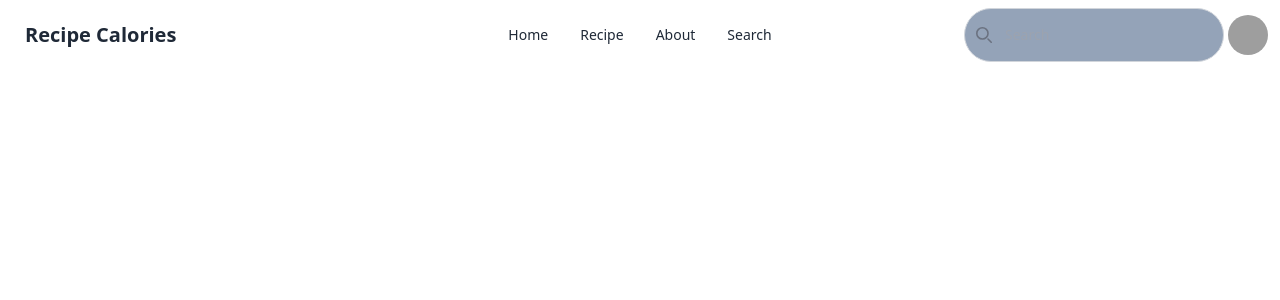
Repository: RudrasahaDibos/Chefs-table
Page: /
These files come from the project's save history. The page is drawn as it stood at one moment and after the next save; the edit follows.
The browser window is 1280 px wide. The pictures show the whole page.
Pictures or frames that could not be fetched are drawn as grey boxes. The project was rebuilt for these pictures with package versions that can differ from the ones it lists, and the page was loaded fresh each time. Also part of the build but not shown: vite.config.js, src/App.css.

Above is the page before, as saved 2024-12-18 21:24:52.

### src/App.jsx

import './App.css'
import Header from './Component/Header/Header'
import Recipes from './Component/Recipes/Recipes'

function App() {


  return (
    <div className='container mx-auto'>
        <Header></Header>
        <Recipes></Recipes>

    </div>
  )
}

export default App

### src/Component/Header/Header.jsx
import { FaBeer } from "react-icons/fa";
const Header = () => {
    return (
        <div className="max-w-7xl mx-auto">
              <div className="navbar bg-base-100">
  <div className="navbar-start">
    <div className="dropdown">
      <div tabIndex="0" role="button" className="btn btn-ghost lg:hidden">
        <svg
          xmlns="http://www.w3.org/2000/svg"
          className="h-5 w-5"
          fill="none"
          viewBox="0 0 24 24"
          stroke="currentColor">
          <path
            strokeLinecap="round"
            strokeLinejoin="round"
            strokeWidth="2"
            d="M4 6h16M4 12h8m-8 6h16" />
        </svg>
      </div>
      <ul
        tabIndex="0"
        className="menu menu-sm dropdown-content bg-base-100 rounded-box z-[1] mt-3 w-52 p-2 shadow">
        <li><a>Home</a></li>
      <li><a>Recipe</a></li>
      <li><a>About</a></li>
      <li><a>Search</a></li>
      </ul>
    </div>
    <a className="btn btn-ghost text-xl font-bold">Recipe Calories</a>
  </div>
  <div className="navbar-center hidden lg:flex">
    <ul className="menu menu-horizontal px-1">
      <li><a>Home</a></li>
      <li><a>Recipe</a></li>
      <li><a>About</a></li>
      <li><a>Search</a></li>
    </ul>
  </div>
  <div className="navbar-end ">
  <div className="form-control ">


<form className="max-w-md mx-auto">
    <div className="relative">
        <div className="absolute inset-y-0 start-0 flex items-center ps-3 pointer-events-none">
            <svg className="w-4 h-4 text-gray-500 dark:text-gray-400" aria-hidden="true" xmlns="http://www.w3.org/2000/svg" fill="none" viewBox="0 0 20 20">
                <path stroke="currentColor" strokeLinecap="round" strokeLinejoin="round" strokeWidth="2" d="m19 19-4-4m0-7A7 7 0 1 1 1 8a7 7 0 0 1 14 0Z"/>
            </svg>
        </div>
        <input type="search" id="default-search" className="block w-full p-4 ps-10 text-sm text-black border border-gray-300  bg-slate-400 focus:ring-blue-500 rounded-full focus:border-blue-500 dark:bg-gray-700 dark:border-gray-600 dark:placeholder-red-700 dark:text-white dark:focus:ring-blue-500 dark:focus:border-blue-500" placeholder="Search " required />

    </div>
</form>


    </div>
    <div tabIndex="0" role="button" className="btn btn-ghost btn-circle avatar">
        <div className="w-10 rounded-full">
          <img
            alt="Tailwind CSS Navbar component"
            src="https://img.daisyui.com/images/stock/photo-1534528741775-53994a69daeb.webp" />
        </div>
      </div>
  </div>
</div>
        </div>
    );
};

export default Header;

### src/Component/Recipes/Recipes.jsx
import React from 'react';

const Recipes = () => {
    return (
        <div>

        </div>
    );
};

export default Recipes;

Loaded but not shown: index.html (common file); src/main.jsx (common file); src/index.css (common file); tailwind.config.js (common file)

After the next save:
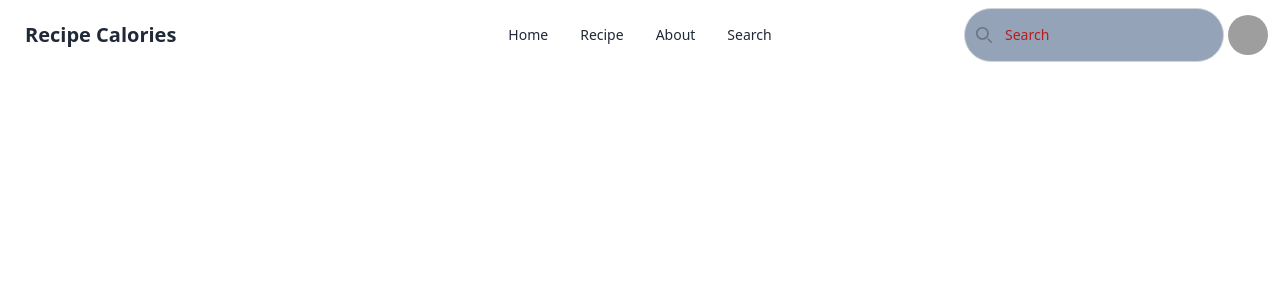
Saved 21 s later.
--- a/src/Component/Header/Header.jsx
+++ b/src/Component/Header/Header.jsx
@@ -49,7 +49,7 @@
                 <path stroke="currentColor" strokeLinecap="round" strokeLinejoin="round" strokeWidth="2" d="m19 19-4-4m0-7A7 7 0 1 1 1 8a7 7 0 0 1 14 0Z"/>
             </svg>
         </div>
-        <input type="search" id="default-search" className="block w-full p-4 ps-10 text-sm text-black border border-gray-300  bg-slate-400 focus:ring-blue-500 rounded-full focus:border-blue-500 dark:bg-gray-700 dark:border-gray-600 dark:placeholder-red-700 dark:text-white dark:focus:ring-blue-500 dark:focus:border-blue-500" placeholder="Search " required />
+        <input type="search" id="default-search" className="block w-full p-4 ps-10 text-sm text-black border border-gray-300  bg-slate-400 focus:ring-blue-500 rounded-full focus:border-blue-500 dark:bg-gray-700 dark:border-gray-600 placeholder-red-700 dark:text-white dark:focus:ring-blue-500 dark:focus:border-blue-500" placeholder="Search " required />
 
     </div>
 </form>

After the save that followed:
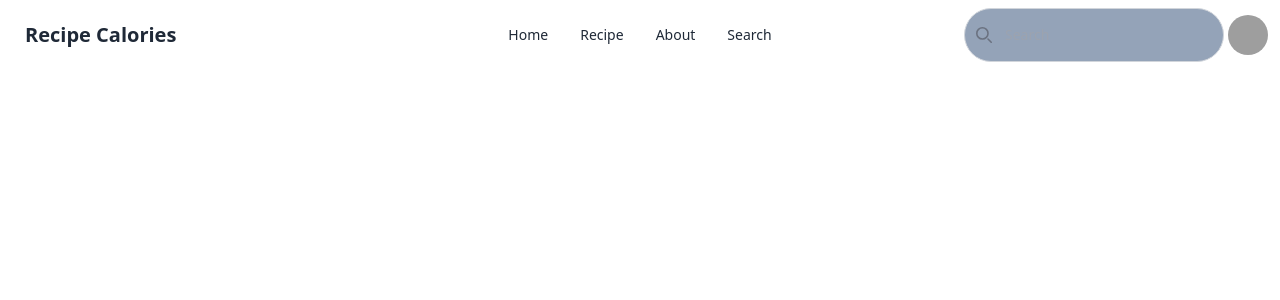
Saved 11 s later.
--- a/src/Component/Header/Header.jsx
+++ b/src/Component/Header/Header.jsx
@@ -49,7 +49,7 @@
                 <path stroke="currentColor" strokeLinecap="round" strokeLinejoin="round" strokeWidth="2" d="m19 19-4-4m0-7A7 7 0 1 1 1 8a7 7 0 0 1 14 0Z"/>
             </svg>
         </div>
-        <input type="search" id="default-search" className="block w-full p-4 ps-10 text-sm text-black border border-gray-300  bg-slate-400 focus:ring-blue-500 rounded-full focus:border-blue-500 dark:bg-gray-700 dark:border-gray-600 placeholder-red-700 dark:text-white dark:focus:ring-blue-500 dark:focus:border-blue-500" placeholder="Search " required />
+        <input type="search" id="default-search" className="block w-full p-4 ps-10 text-sm text-black border border-gray-300  bg-slate-400 focus:ring-blue-500 rounded-full focus:border-blue-500 dark:bg-gray-700 dark:border-gray-600 placeholder-black-700 dark:text-white dark:focus:ring-blue-500 dark:focus:border-blue-500" placeholder="Search " required />
 
     </div>
 </form>
